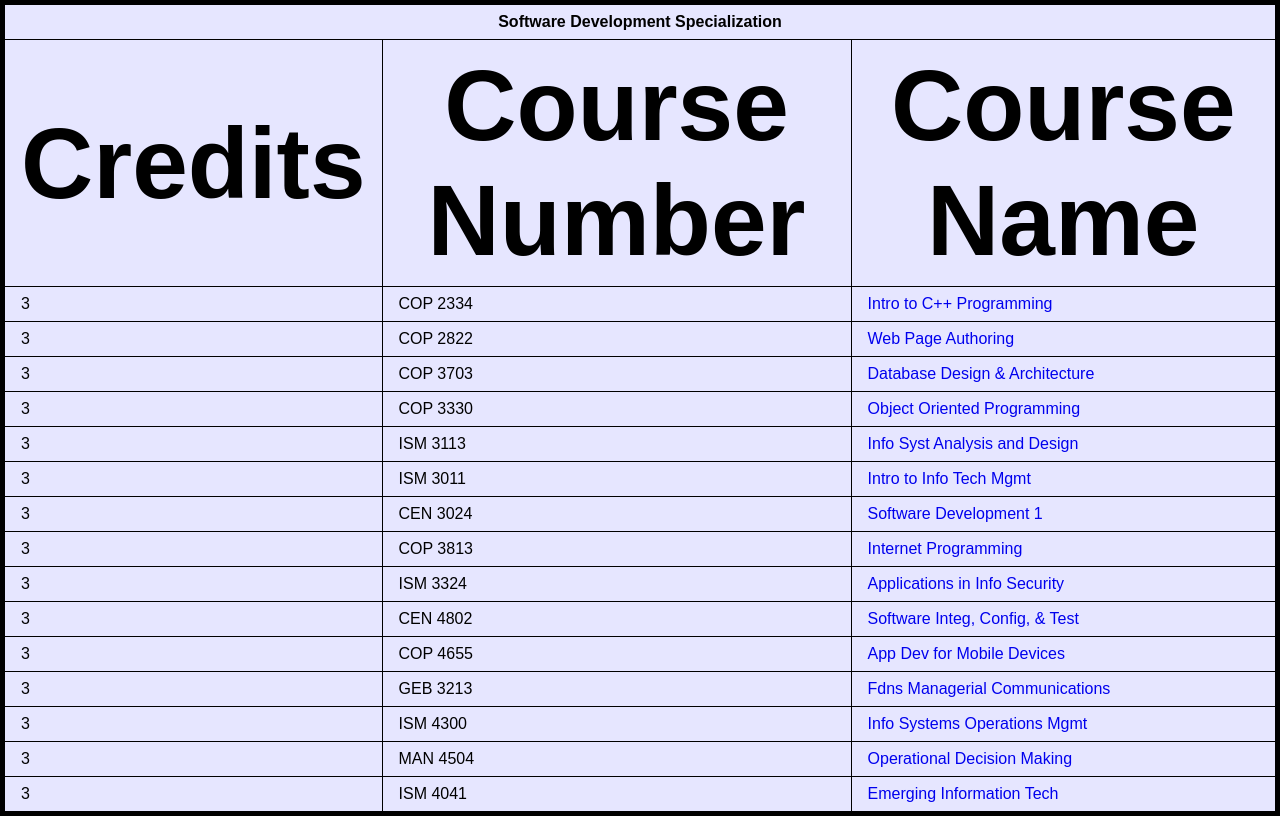
Repository: mlmEFSC21/P5-DegreeTableStyling
Page: FormattedProgramSpecialization3.html
These files come from the project's save history. The page is drawn as it stood at one moment and after the next save; the edit follows.
The browser window is 1280 px wide. The pictures show the whole page.
Some web fonts or font styles are not loaded; a fallback is used.

Above is the page before, as saved 2022-02-07 15:46:40.

After the next save:
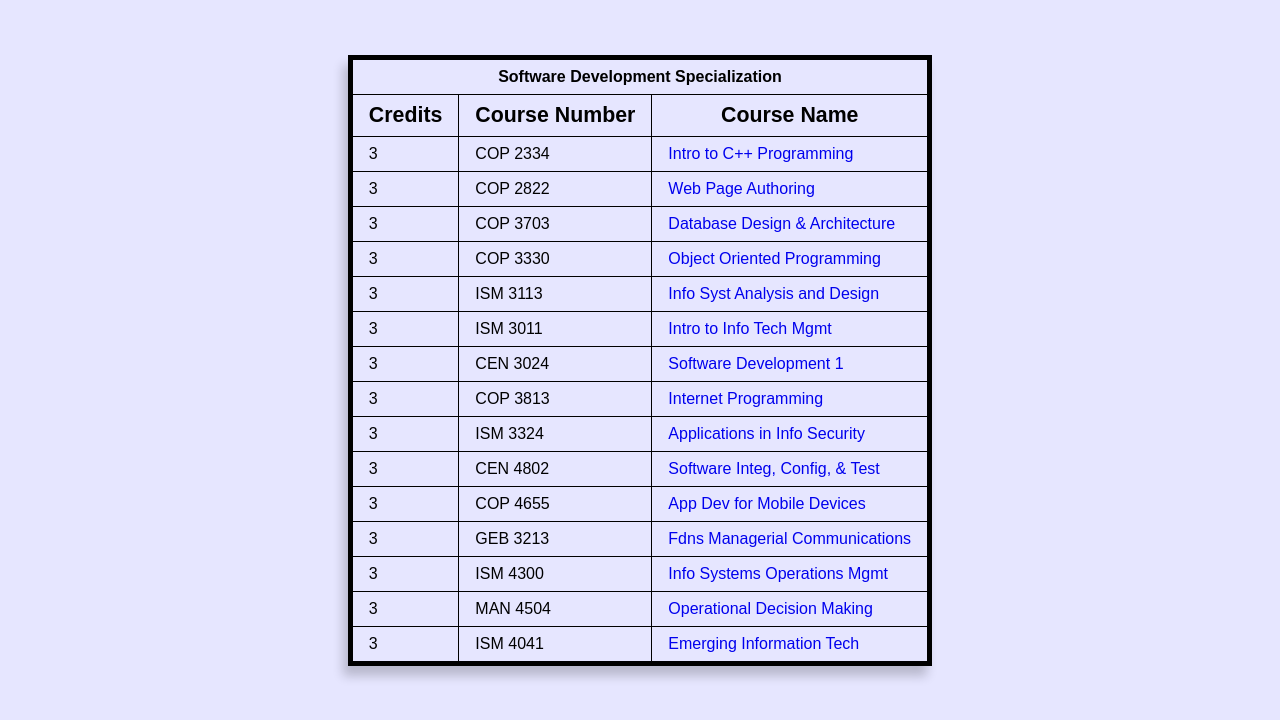
Saved 13 s later.
--- a/tableStyles.css
+++ b/tableStyles.css
@@ -38,7 +38,7 @@ thead:first-child {
     text-align: center;
 }
 .colTitles {
-    font-size: 100px;
+    font-size: 16pt;
     font-display: underline;
 }
 th {
